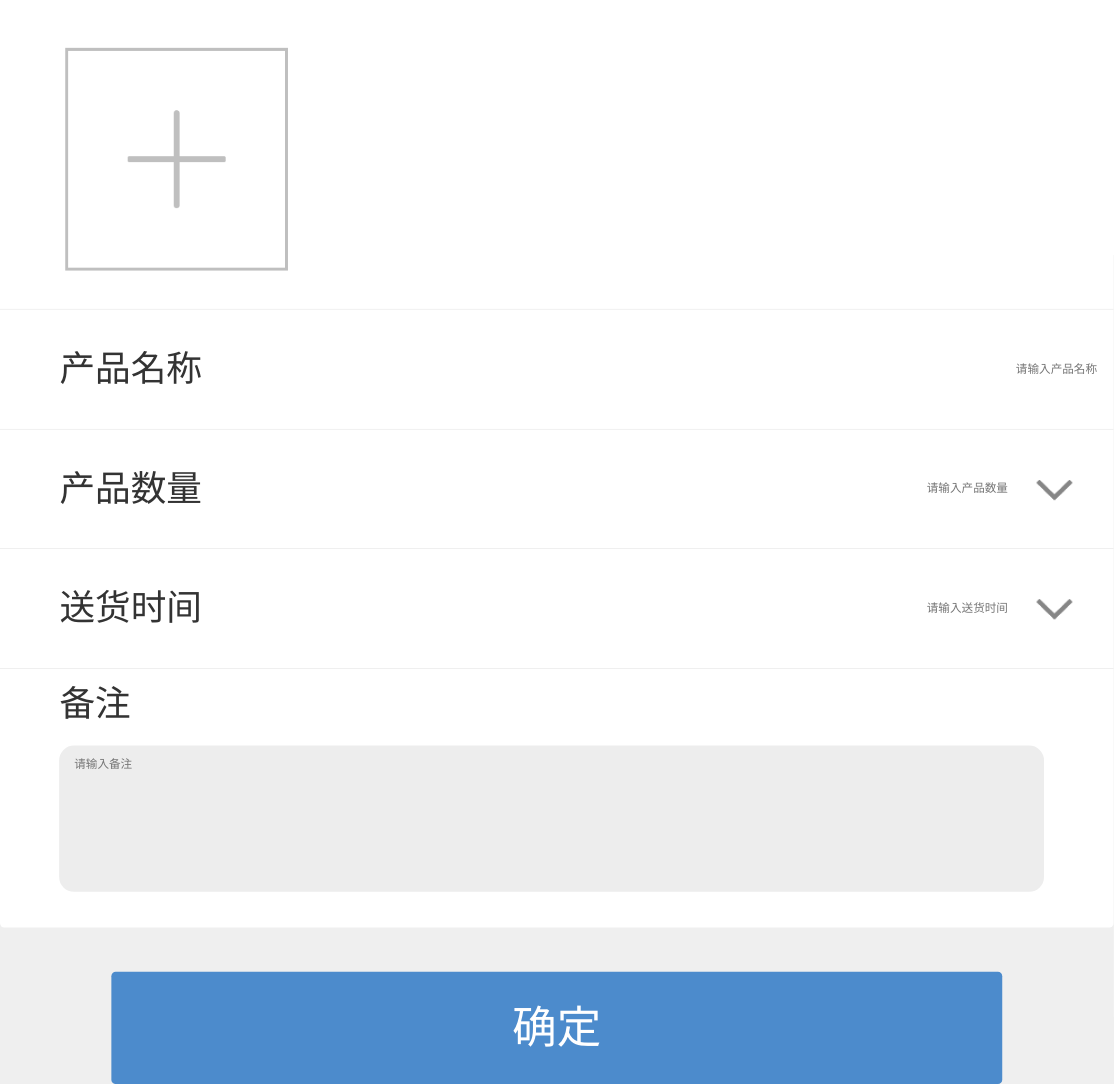
Repository: missing-star/produce
Page: Cbuyer.html
The author's editor kept a copy of each file at every save. The page is drawn from the files as they stood at one save, then again after the next save.
The browser window is 1280 px wide. The pictures show the whole page, at 87% of full size.

Above is the page before, as saved 2019-05-20 10:57:38.

After the next save:
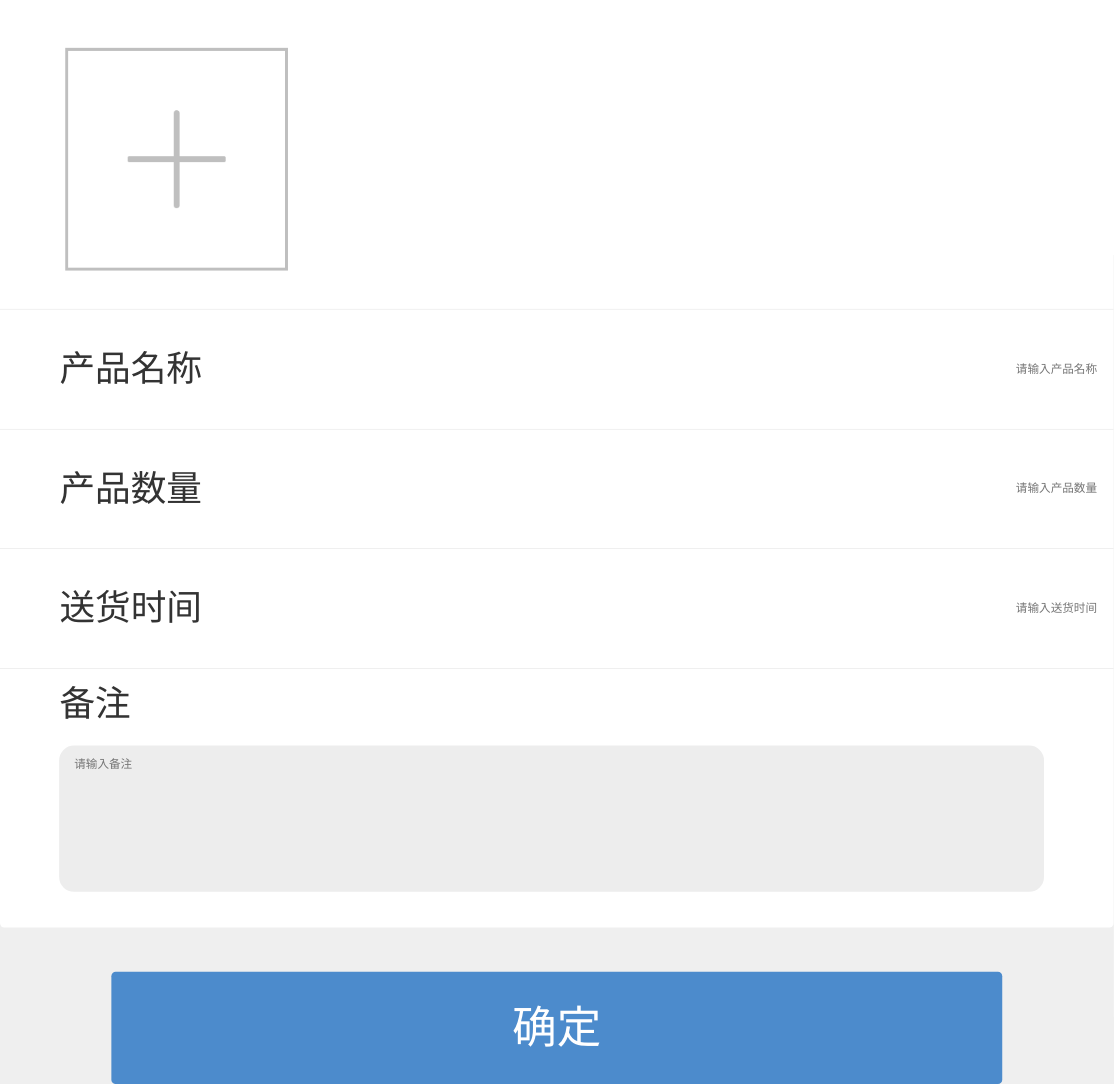
Saved 21 s later.
--- a/Cbuyer.html
+++ b/Cbuyer.html
@@ -38,7 +38,7 @@
                     <div class="box">
                         <!-- <span>请输入产品数量</span> -->
                         <input type="text" placeholder="请输入产品数量" id="">
-                        <img class="next" src="img/xia.png" alt="">
+                        <!-- <img class="next" src="img/xia.png" alt=""> -->
                     </div>
                 </li>
                 <li>
@@ -46,7 +46,7 @@
                     <div class="box">
                         <!-- <span>请输入产品数量</span> -->
                         <input type="text" placeholder="请输入送货时间" id="">
-                        <img class="next" src="img/xia.png" alt="">
+                        <!-- <img class="next" src="img/xia.png" alt=""> -->
                     </div>
                 </li>
             </ul>
